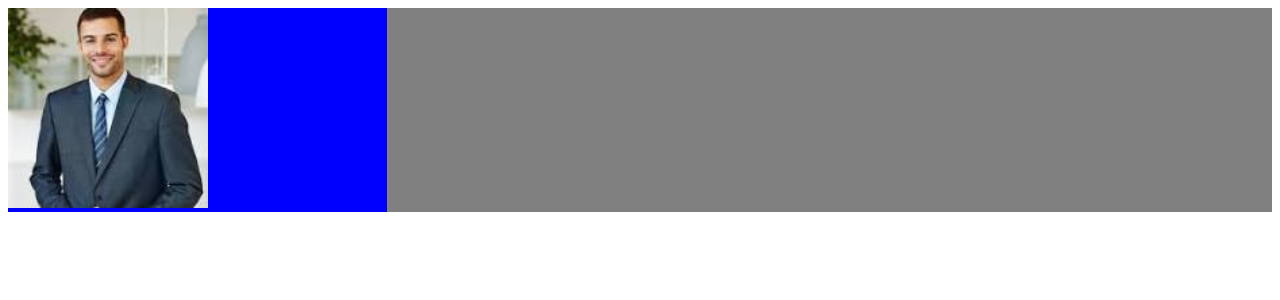
Repository: arindamslt/JEECoding
Page: JEE_FRONTEND/src/main/webapp/09ProfileCSS.html
The author's editor kept a copy of each file at every save. The page is drawn from the files as they stood at one save, then again after the next save.
The browser window is 1280 px wide. The pictures show the whole page.

Above is the page before, as saved 2025-07-15 06:50:37.

### JEE_FRONTEND/src/main/webapp/09ProfileCSS.html
<!DOCTYPE html>
<html>
<head>
<meta charset="ISO-8859-1">
<title>PROFILE DESIGN</title>
<style>
	#mainContainer{
		background-color: red;
		display: flex;
	}
	#lfContainer{
		background-color: blue;
		width:30%;
	}
	#rtContainer{
		background-color: gray;
		width:70%;
	}
</style>
</head>
<body>
<div id="mainContainer">

	<div id="lfContainer">
		<img src="data:[embedded picture, 5739 characters]"
		height="200px"
		width="200px"
		alt="NO IMAGE"/>
	</div>
	<div id="rtContainer">

	</div>
</div>
</body>
</html>

After the next save:
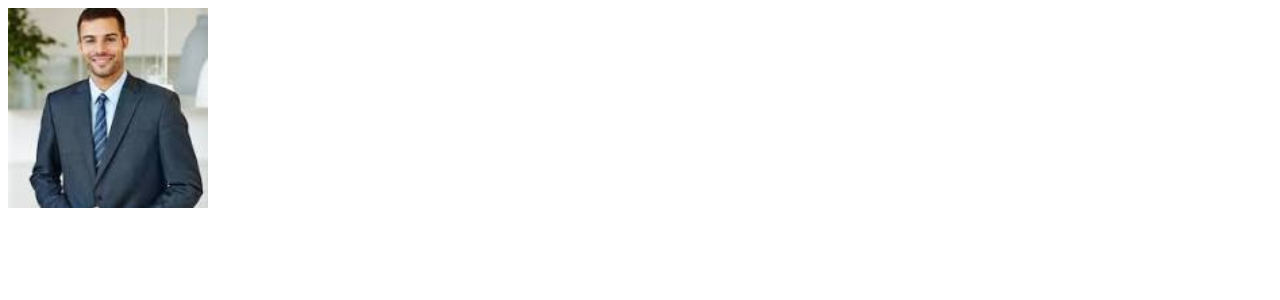
Saved 37 s later.
--- a/JEE_FRONTEND/src/main/webapp/09ProfileCSS.html
+++ b/JEE_FRONTEND/src/main/webapp/09ProfileCSS.html
@@ -5,15 +5,15 @@
 <title>PROFILE DESIGN</title>
 <style>
 	#mainContainer{
-		background-color: red;
+		/*background-color: red;*/
 		display: flex;
 	}
 	#lfContainer{
-		background-color: blue;
+		/*background-color: blue;*/
 		width:30%;
 	}
 	#rtContainer{
-		background-color: gray;
+		/*background-color: gray;*/
 		width:70%;
 	}
 </style>
